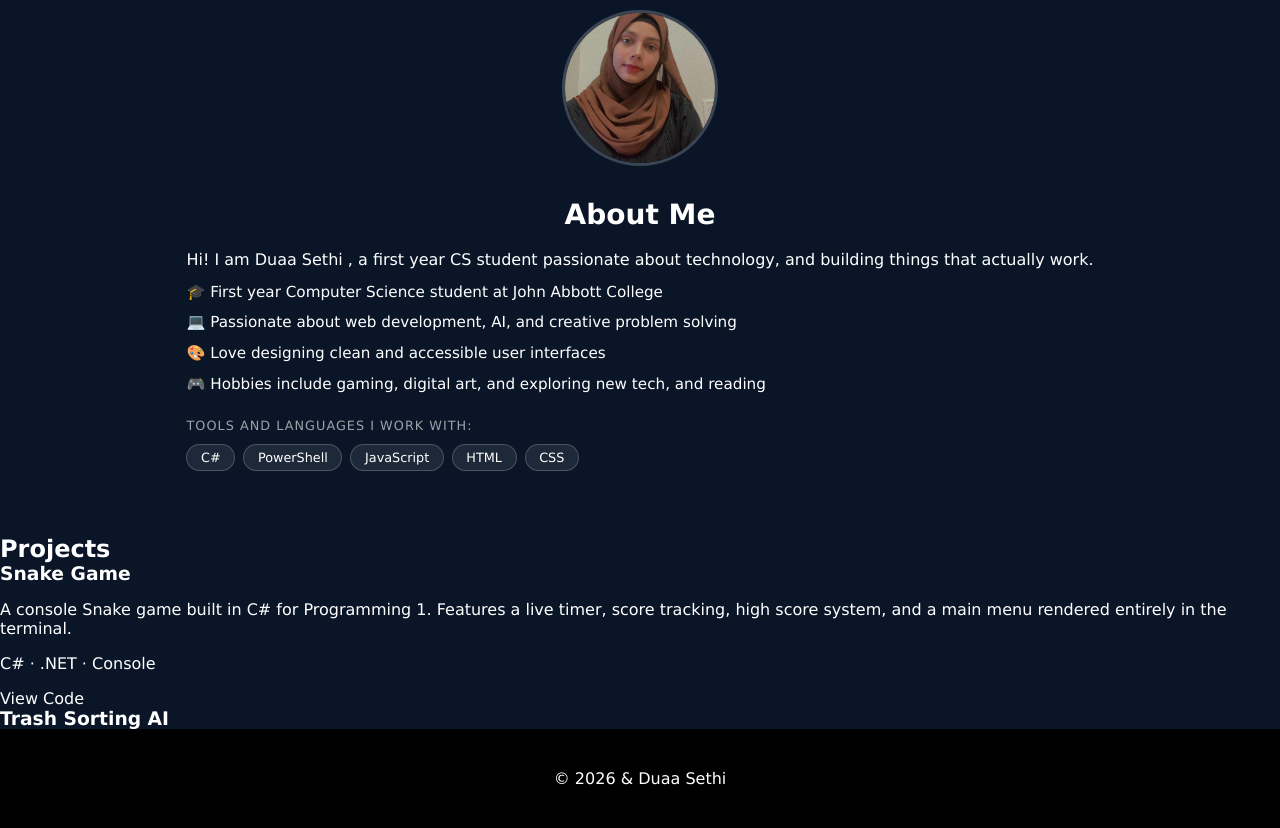
Repository: Duaa-Sethi/Duaa-Sethi
Page: index.html
An editor plug-in stored every save of this project. The page is shown before and after the next save, followed by the edit.
The browser window is 1280 px wide. The pictures show the part of the page from y = 889 to 1841 px (the page is 1717 px tall before and 1841 px after).
Some web fonts or font styles are not loaded; a fallback is used.

Above is the page before, as saved 2026-05-02 15:21:01.

### index.html
<!doctype html>
<html lang="en">
  <head>
    <meta charset="UTF-8" />
    <meta name="viewport" content="width=device-width, initial-scale=1.0" />
    <title>Dua Portfolio</title>
    <link rel="stylesheet" href="./styles/index.css" />
    <link rel="stylesheet" href="./styles/globals.css" />
  </head>
  <body>
    <!-- NAV -->
    <nav>
      <ul>
        <li><a href="#about">About</a></li>
        <li><a href="#projects">Projects</a></li>
        <li><a href="#contact">Contact</a></li>
      </ul>
    </nav>

    <!-- HERO -->
    <section class="hero">
      <article>
        <h1>Duaa Sethi Portfolio</h1>
        <p>Developer · Designer · Creator</p>
        <a href="#projects">View Projects</a>
      </article>
    </section>

    <!-- ABOUT -->
    <section class="about" id="about">
      <img src="./assets/images/Dua Sethi.jpeg" alt="Photo of Duaa Sethi" />
      <div class="about-text">
        <h2>About Me</h2>
        <p>
          Hi! I am Duaa Sethi , a first year CS student passionate about
          technology, and building things that actually work.
        </p>

        <ul class="about-list">
          <li>🎓 First year Computer Science student at John Abbott College</li>
          <li>
            💻 Passionate about web development, AI, and creative problem
            solving
          </li>
          <li>🎨 Love designing clean and accessible user interfaces</li>
          <li>
            🎮 Hobbies include gaming, digital art, and exploring new tech, and
            reading
          </li>
        </ul>

        <p class="tools-label">Tools and languages I work with:</p>
        <ul class="tools-list">
          <li>C#</li>
          <li>PowerShell</li>
          <li>JavaScript</li>
          <li>HTML</li>
          <li>CSS</li>
        </ul>
      </div>
    </section>

    <!-- PROJECTS -->
    <section class="projects" id="projects">
      <h2>Projects</h2>
      <div class="cards">
        <article class="card">
          <h3>Snake Game</h3>
          <p>
            A console Snake game built in C# for Programming 1. Features a live
            timer, score tracking, high score system, and a main menu rendered
            entirely in the terminal.
          </p>
          <p class="tech">C# · .NET · Console</p>
          <a
            href="https://github.com/Duaa-Sethi/Programming1-project-Dua-Sethi"
            target="_blank"
            >View Code</a
          >
        </article>
        <article class="card">
          <h3>Trash Sorting AI</h3>
        </article>
      </div>
    </section>

    <footer>
      <p>© 2026 & Duaa Sethi</p>
    </footer>
  </body>
</html>

### styles/index.css
body {
  background-color: #0a1628;
}

/* NAV */
nav {
  position: sticky;
  top: 0;
  background-color: black;
  padding: 0 1.5rem;
}

nav ul {
  display: flex;
  justify-content: flex-end;
  gap: 1.5rem;
  padding: 1rem 0;
}

nav ul li a {
  font-size: 0.9rem;
}

.hero {
  display: flex;
  align-items: center;
  justify-content: center;
  text-align: center;
  min-height: 100vh;
  padding: 2rem 1.5rem;

  /* dont memorize, copy paste background defs */
  background-image: url(../assets/images/starry\ sky\ animated\ gif\ -\ Google\ Search.gif);
  background-size: cover;
  background-position: center;
  background-repeat: no-repeat;
}

.hero h1 {
  font-size: 2rem;
  margin-bottom: 0.75rem;
}

.hero p {
  font-size: 1rem;
  opacity: 0.75;
  margin: 0 0 1.5rem 0;
}

.hero a {
  border: 2px solid white;
  padding: 0.5rem 1.25rem;
  border-radius: 20px;
  font-size: 0.9rem;
}

.hero a:hover {
  background-color: white;
  color: #0a1628;
  text-decoration: none;
}

/* ABOUT */
.about {
  display: flex;
  flex-direction: column;
  align-items: center;
  gap: 2rem;
  padding: 4rem 1.5rem;
  text-align: center;
}

.about img {
  width: 150px;
  height: 150px;
  border-radius: 50%;
  object-fit: cover;
  border: 3px solid rgba(255, 255, 255, 0.2);
}

.about h2 {
  font-size: 1.75rem;
  margin-bottom: 1rem;
}

.about p {
  margin: 0 0 0.5rem 0;
  line-height: 1.6;
}

.about-list {
  display: flex;
  flex-direction: column;
  gap: 0.5rem;
  text-align: left;
  margin-bottom: 1.25rem;
}

.about-list li {
  font-size: 0.95rem;
  line-height: 1.5;
}

.tools-label {
  font-size: 0.8rem;
  opacity: 0.6;
  text-transform: uppercase;
  letter-spacing: 0.08em;
  text-align: left;
  margin-bottom: 0.5rem;
}

.tools-list {
  display: flex;
  flex-wrap: wrap;
  gap: 0.5rem;
  text-align: left;
}

.tools-list li {
  background-color: rgba(255, 255, 255, 0.08);
  border: 1px solid rgba(255, 255, 255, 0.2);
  border-radius: 20px;
  padding: 0.3rem 0.85rem;
  font-size: 0.8rem;
}
footer {
  text-align: center;
  padding: 1.5rem;
  background-color: black;
}

@media only screen and (min-width: 600px) {
  h1 {
    font-size: 4rem;
  }
}

@media only screen and (min-width: 992px) {
  h1 {
    font-size: 5rem;
  }
}

### styles/globals.css
/* FONT DEFS */
@font-face {
  font-family: "main font";
  src: url(../assets/fonts/NewsCycle-Regular.ttf);
}

/* CROSS PAGE STYLES */
body {
  font-family: "main font", Verdana, sans-serif;
  color: white;
  margin: 0;
}

h1 {
  font-weight: bold;
  font-size: 1.5rem;
}

a {
  text-decoration: none;
  color: white;
}
h2,
h3 {
  margin: 0;
}
a:hover {
  text-decoration: underline;
}
ul {
  list-style: none;
  padding: 0;
  margin: 0;
}

After the next save:
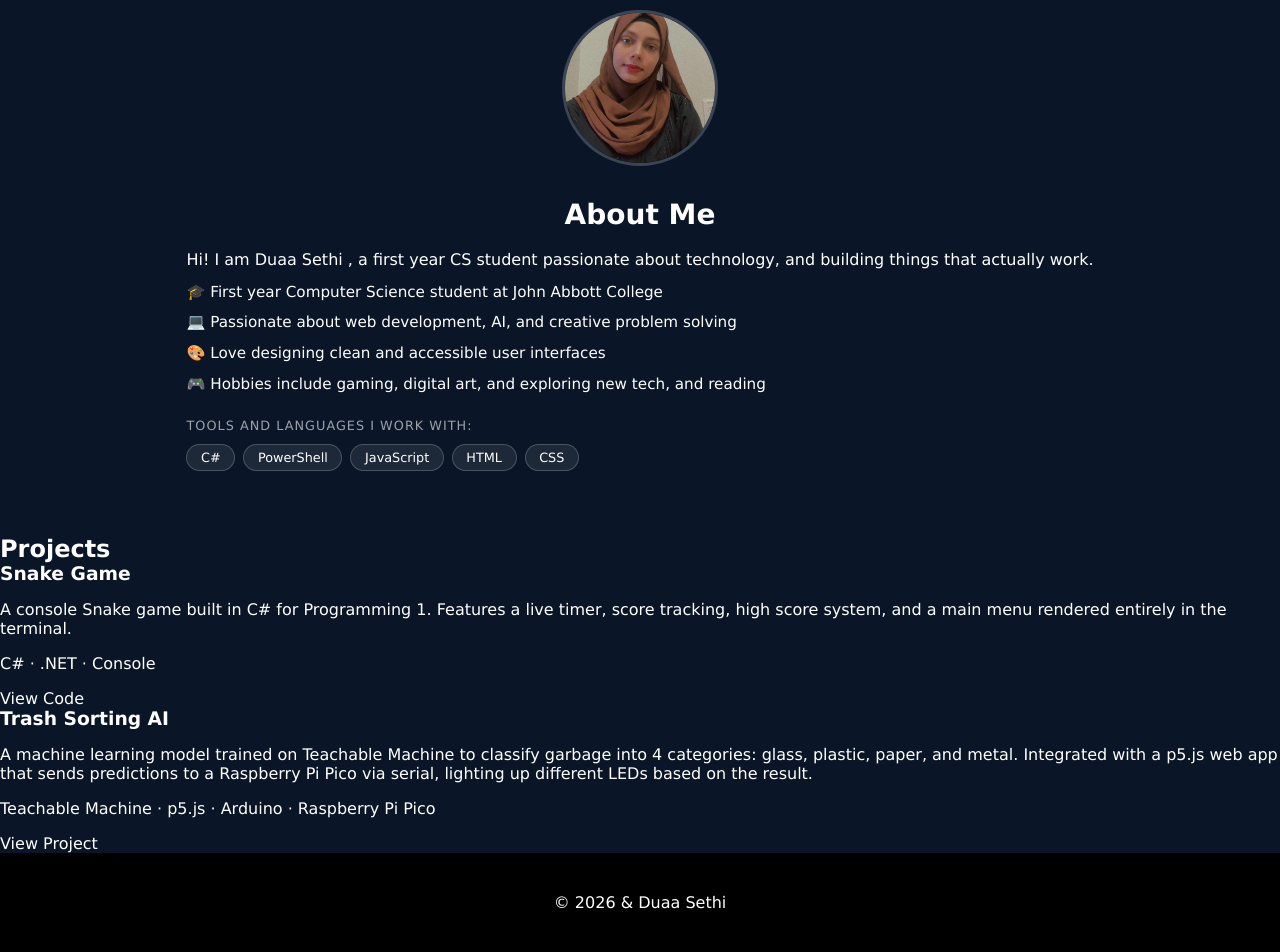
Saved 12 s later.
--- a/index.html
+++ b/index.html
@@ -80,6 +80,21 @@
         </article>
         <article class="card">
           <h3>Trash Sorting AI</h3>
+          <p>
+            A machine learning model trained on Teachable Machine to classify
+            garbage into 4 categories: glass, plastic, paper, and metal.
+            Integrated with a p5.js web app that sends predictions to a
+            Raspberry Pi Pico via serial, lighting up different LEDs based on
+            the result.
+          </p>
+          <p class="tech">
+            Teachable Machine · p5.js · Arduino · Raspberry Pi Pico
+          </p>
+          <a
+            href="https://editor.p5js.org/duairfansethi/full/mdRLpCkG2"
+            target="_blank"
+            >View Project</a
+          >
         </article>
       </div>
     </section>
